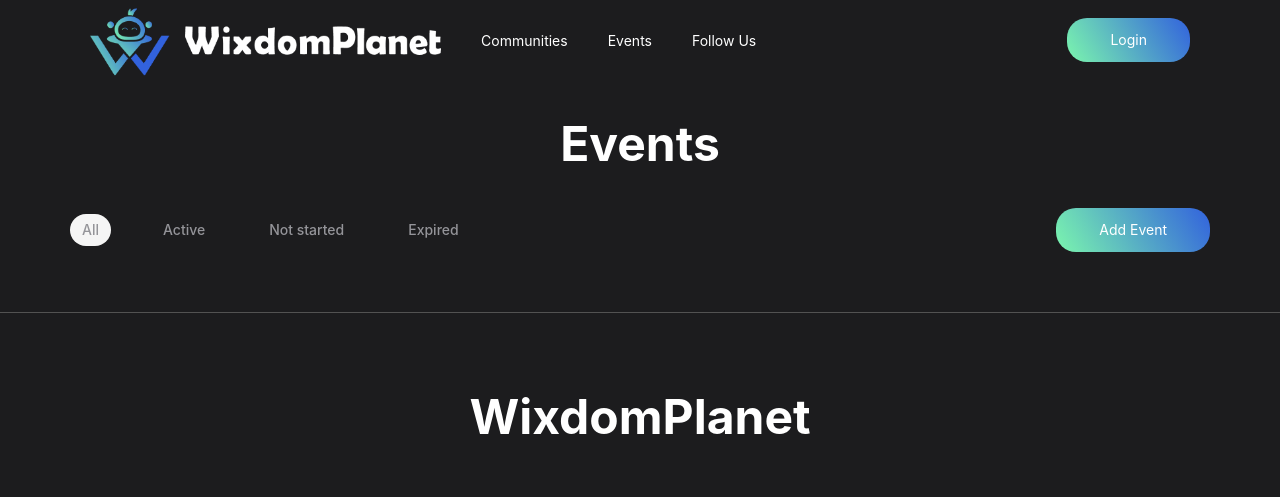
Repository: haudnn/WixdomPlanet-demo
Page: /
The author's editor kept a copy of each file at every save. The page is drawn from the files as they stood at one save, then again after the next save.
The browser window is 1280 px wide. The pictures show the whole page.
The project was rebuilt for these pictures with package versions that can differ from the ones it lists, and the page was loaded fresh each time. Also part of the build but not shown: vite.config.js, src/features/Event/page/AddEvent.jsx, src/features/Event/components/EventItem.jsx.

Above is the page before, as saved 2023-02-04 14:49:23.

### src/App.jsx
import "./App.css";
import { BrowserRouter } from "react-router-dom";
import Header from "./components/Layout/Header";
import RoutesConfig from "./config/RoutesConfig";
import Footer from "./components/Layout/Footer";
function App() {
  return (
    <div className="App bg-[#1c1c1e] min-h-screen">
      <BrowserRouter>
        <Header />
        <RoutesConfig/>
        <Footer/>
      </BrowserRouter>
    </div>
  );
}

export default App;

### src/index.css
@tailwind base;
@tailwind components;
@tailwind utilities;

:root {
  font-family: Inter, system-ui, Avenir, Helvetica, Arial, sans-serif;
}

### src/App.css
.active {
    background-color:#f5f5f5 ;
    border-radius: 100px;
    color: #525252;
}
.grid {
    width: 100% !important;
    display: block !important;
    padding: 0;
}

.grid.wide {
    max-width: 1200px;
    margin: 0 auto;
}

.row {
    display: flex;
    flex-wrap: wrap;
    margin-left: -4px;
    margin-right: -4px;
}

.row.no-gutters {
    margin-left: 0;
    margin-right: 0;
}

.col {
    padding-left: 4px;
    padding-right: 4px;
}

.row.no-gutters .col {
    padding-left: 0;
    padding-right: 0;
}

.c-0 {
    display: none;
}

.c-1 {
    flex: 0 0 8.33333%;
    max-width: 8.33333%;
}

.c-2 {
    flex: 0 0 16.66667%;
    max-width: 16.66667%;
}

.c-3 {
    flex: 0 0 25%;
    max-width: 25%;
}

.c-4 {
    flex: 0 0 33.33333%;
    max-width: 33.33333%;
}

.c-5 {
    flex: 0 0 41.66667%;
    max-width: 41.66667%;
}

.c-6 {
    flex: 0 0 50%;
    max-width: 50%;
}

.c-7 {
    flex: 0 0 58.33333%;
    max-width: 58.33333%;
}

.c-8 {
    flex: 0 0 66.66667%;
    max-width: 66.66667%;
}

.c-9 {
    flex: 0 0 75%;
    max-width: 75%;
}

.c-10 {
    flex: 0 0 83.33333%;
    max-width: 83.33333%;
}

.c-11 {
    flex: 0 0 91.66667%;
    max-width: 91.66667%;
}

.c-12 {
    flex: 0 0 100%;
    max-width: 100%;
}

.c-o-1 {
    margin-left: 8.33333%;
}

.c-o-2 {
    margin-left: 16.66667%;
}

.c-o-3 {
    margin-left: 25%;
}

.c-o-4 {
    margin-left: 33.33333%;
}

.c-o-5 {
    margin-left: 41.66667%;
}

.c-o-6 {
    margin-left: 50%;
}

.c-o-7 {
    margin-left: 58.33333%;
}

.c-o-8 {
    margin-left: 66.66667%;
}

.c-o-9 {
    margin-left: 75%;
}

.c-o-10 {
    margin-left: 83.33333%;
}

.c-o-11 {
    margin-left: 91.66667%;
}

/* >= Tablet */
@media (min-width: 740px) {
    .row {
        margin-left: -8px;
        margin-right: -8px;
    }

    .col {
        padding-left: 8px;
        padding-right: 8px;
    }

    .m-0 {
        display: none;
    }

    .m-1,
    .m-2,
    .m-3,
    .m-4,
    .m-5,
    .m-6,
    .m-7,
    .m-8,
    .m-9,
    .m-10,
    .m-11,
    .m-12 {
        display: block;
    }

    .m-1 {
        flex: 0 0 8.33333%;
        max-width: 8.33333%;
    }

    .m-2 {
        flex: 0 0 16.66667%;
        max-width: 16.66667%;
    }

    .m-3 {
        flex: 0 0 25%;
        max-width: 25%;
    }

    .m-4 {
        flex: 0 0 33.33333%;
        max-width: 33.33333%;
    }

    .m-5 {
        flex: 0 0 41.66667%;
        max-width: 41.66667%;
    }

    .m-6 {
        flex: 0 0 50%;
        max-width: 50%;
    }

    .m-7 {
        flex: 0 0 58.33333%;
        max-width: 58.33333%;
    }

    .m-8 {
        flex: 0 0 66.66667%;
        max-width: 66.66667%;
    }

    .m-9 {
        flex: 0 0 75%;
        max-width: 75%;
    }

    .m-10 {
        flex: 0 0 83.33333%;
        max-width: 83.33333%;
    }

    .m-11 {
        flex: 0 0 91.66667%;
        max-width: 91.66667%;
    }

    .m-12 {
        flex: 0 0 100%;
        max-width: 100%;
    }

    .m-o-1 {
        margin-left: 8.33333%;
    }

    .m-o-2 {
        margin-left: 16.66667%;
    }

    .m-o-3 {
        margin-left: 25%;
    }

    .m-o-4 {
        margin-left: 33.33333%;
    }

    .m-o-5 {
        margin-left: 41.66667%;
    }

    .m-o-6 {
        margin-left: 50%;
    }

    .m-o-7 {
        margin-left: 58.33333%;
    }

    .m-o-8 {
        margin-left: 66.66667%;
    }

    .m-o-9 {
        margin-left: 75%;
    }

    .m-o-10 {
        margin-left: 83.33333%;
    }

    .m-o-11 {
        margin-left: 91.66667%;
    }
}

/* PC medium resolution > */
@media (min-width: 1113px) {
    .row {
        margin-left: -12px;
        margin-right: -12px;
    }

    .row.sm-gutter {
        margin-left: -5px;
        margin-right: -5px;
    }

    .col {
        padding-left: 12px;
        padding-right: 12px;
    }

    .row.sm-gutter .col {
        padding-left: 5px;
        padding-right: 5px;
    }

    .l-0 {
        display: none;
    }

    .l-1,
    .l-2,
    .l-2-4,
    .l-3,
    .l-4,
    .l-5,
    .l-6,
    .l-7,
    .l-8,
    .l-9,
    .l-10,
    .l-11,
    .l-12 {
        display: block;
    }

    .l-1 {
        flex: 0 0 8.33333%;
        max-width: 8.33333%;
    }

    .l-2 {
        flex: 0 0 16.66667%;
        max-width: 16.66667%;
    }

    .l-2-4 {
        flex: 0 0 20%;
        max-width: 20%;
    }

    .l-3 {
        flex: 0 0 25%;
        max-width: 25%;
    }

    .l-4 {
        flex: 0 0 33.33333%;
        max-width: 33.33333%;
    }

    .l-5 {
        flex: 0 0 41.66667%;
        max-width: 41.66667%;
    }

    .l-6 {
        flex: 0 0 50%;
        max-width: 50%;
    }

    .l-7 {
        flex: 0 0 58.33333%;
        max-width: 58.33333%;
    }

    .l-8 {
        flex: 0 0 66.66667%;
        max-width: 66.66667%;
    }

    .l-9 {
        flex: 0 0 75%;
        max-width: 75%;
    }

    .l-10 {
        flex: 0 0 83.33333%;
        max-width: 83.33333%;
    }

    .l-11 {
        flex: 0 0 91.66667%;
        max-width: 91.66667%;
    }

    .l-12 {
        flex: 0 0 100%;
        max-width: 100%;
    }

    .l-o-1 {
        margin-left: 8.33333%;
    }

    .l-o-2 {
        margin-left: 16.66667%;
    }

    .l-o-3 {
        margin-left: 25%;
    }

    .l-o-4 {
        margin-left: 33.33333%;
    }

    .l-o-5 {
        margin-left: 41.66667%;
    }

    .l-o-6 {
        margin-left: 50%;
    }

    .l-o-7 {
        margin-left: 58.33333%;
    }

    .l-o-8 {
        margin-left: 66.66667%;
    }

    .l-o-9 {
        margin-left: 75%;
    }

    .l-o-10 {
        margin-left: 83.33333%;
    }

    .l-o-11 {
        margin-left: 91.66667%;
    }
}

/* Tablet - PC low resolution */
@media (min-width: 740px) and (max-width: 1023px) {
    .wide {
        width: 644px;
    }
}

/* > PC low resolution */
@media (min-width: 1024px) and (max-width: 1239px) {
    .wide {
        width: 984px;
    }

    .wide .row {
        margin-left: -12px;
        margin-right: -12px;
    }

    .wide .row.sm-gutter {
        margin-left: -5px;
        margin-right: -5px;
    }

    .wide .col {
        padding-left: 12px;
        padding-right: 12px;
    }

    .wide .row.sm-gutter .col {
        padding-left: 5px;
        padding-right: 5px;
    }

    .wide .l-0 {
        display: none;
    }

    .wide .l-1,
    .wide .l-2,
    .wide .l-2-4,
    .wide .l-3,
    .wide .l-4,
    .wide .l-5,
    .wide .l-6,
    .wide .l-7,
    .wide .l-8,
    .wide .l-9,
    .wide .l-10,
    .wide .l-11,
    .wide .l-12 {
        display: block;
    }

    .wide .l-1 {
        flex: 0 0 8.33333%;
        max-width: 8.33333%;
    }

    .wide .l-2 {
        flex: 0 0 16.66667%;
        max-width: 16.66667%;
    }

    .wide .l-2-4 {
        flex: 0 0 20%;
        max-width: 20%;
    }

    .wide .l-3 {
        flex: 0 0 25%;
        max-width: 25%;
    }

    .wide .l-4 {
        flex: 0 0 33.33333%;
        max-width: 33.33333%;
    }

    .wide .l-5 {
        flex: 0 0 41.66667%;
        max-width: 41.66667%;
    }

    .wide .l-6 {
        flex: 0 0 50%;
        max-width: 50%;
    }

    .wide .l-7 {
        flex: 0 0 58.33333%;
        max-width: 58.33333%;
    }

    .wide .l-8 {
        flex: 0 0 66.66667%;
        max-width: 66.66667%;
    }

    .wide .l-9 {
        flex: 0 0 75%;
        max-width: 75%;
    }

    .wide .l-10 {
        flex: 0 0 83.33333%;
        max-width: 83.33333%;
    }

    .wide .l-11 {
        flex: 0 0 91.66667%;
        max-width: 91.66667%;
    }

    .wide .l-12 {
        flex: 0 0 100%;
        max-width: 100%;
    }

    .wide .l-o-1 {
        margin-left: 8.33333%;
    }

    .wide .l-o-2 {
        margin-left: 16.66667%;
    }

    .wide .l-o-3 {
        margin-left: 25%;
    }

    .wide .l-o-4 {
        margin-left: 33.33333%;
    }

    .wide .l-o-5 {
        margin-left: 41.66667%;
    }

    .wide .l-o-6 {
        margin-left: 50%;
    }

    .wide .l-o-7 {
        margin-left: 58.33333%;
    }

    .wide .l-o-8 {
        margin-left: 66.66667%;
    }

    .wide .l-o-9 {
        margin-left: 75%;
    }

    .wide .l-o-10 {
        margin-left: 83.33333%;
    }

    .wide .l-o-11 {
        margin-left: 91.66667%;
    }
}

### src/components/Layout/Header.jsx
import React from 'react'
import { Link } from 'react-router-dom'
import logo from "../../assets/imgs/logo.png"
const Header = () => {
  return (
    <header className='h-[80px]'>
        <div className='max-w-[1140px] my-0 mx-auto h-full px-5'>
            <div className='flex items-center justify-between h-full'>
                <div className='flex items-center gap-x-10'>
                    <div className='h-[80px]'>
                        <Link to="/">
                            <img src={logo} alt="Logo" className='w-full h-full object-cover' />
                        </Link>
                    </div>
                    <ul className='flex items-center gap-x-10'>
                        <li>
                            <Link className='text-sm text-white' to="/communities">Communities</Link>
                        </li>
                        <li>
                            <Link className='text-sm text-white' to="/events">Events</Link>
                        </li>
                        <li>
                            <Link className='text-sm text-white' to="/follow">Follow Us</Link>
                        </li>
                    </ul>
                </div>
                <button style={{background: "linear-gradient(239deg,#3262dd,#7af4ae 98.78%)"}} className='text-sm text-white rounded-[20px] py-3 px-[43px]'>
                    <Link to="/login">Login</Link>
                </button>
            </div>
        </div>
    </header>
  )
}

export default Header

### src/config/RoutesConfig.jsx
import { Routes, Route } from 'react-router-dom';
import routes from '../constants/routes';
function RoutesConfig() {
  return (
    <Routes>
      {routes.map(({ path, component }) => (
        <Route key={path} path={path} element={component} />
      ))}
    </Routes>
  );
}
export default RoutesConfig;

### src/components/Layout/Footer.jsx
import React from 'react'

const Footer = () => {
  return (
    <footer className='border-t border-solid border-[#525252]'>
        <div className='max-w-[1140px] my-0 mx-auto px-5'>
            <div className="pt-[80px] pb-[48px] text-center text-white text-5xl font-bold">
               WixdomPlanet
            </div>
        </div>
    </footer>
  )
}

export default Footer

### src/constants/routes.jsx
import AddEvent from "../features/Event/page/AddEvent";
import Home from "../features/Home";

const routes = [
    {
      path: '/',
      component: <Home/>,
    },
    {
        path: '/add',
        component: <AddEvent/>,
      },
]
export default routes;

### src/features/Home.jsx
import React, { useEffect, useState } from "react";
import { Link } from "react-router-dom";
import { useLocalStorage } from "../hooks";
import Event from "./Event/page/Event";

const categorise = [
  {
    id: 0,
    name: "All",
  },
  {
    id: 1,
    name: "Active",
  },
  {
    id: 2,
    name: "Not started",
  },
  {
    id: 3,
    name: "Expired",
  },
];
const Home = () => {
  const events = useLocalStorage();
  const [selectedCategoryId, setSelectedCategoryId] = useState(0);
  const [filteredEvents, setFilteredEvents] = useState([]);
  useEffect(() => {
    setFilteredEvents(events);
  }, [events]);
  const handleFilterEvents = (categoryId) => {
    if (categoryId === 0) {
      setFilteredEvents(events);
    } else {
      const filterEvents = events.filter((event) => {
        return categorise[categoryId].name === event.statusEvent;
      });
      setFilteredEvents(filterEvents);
    }
    setSelectedCategoryId(categoryId);
  };
  return (
    <section className="home py-10 max-w-[1140px] my-0 mx-auto">
      <div className="text-center">
        <span className="text-white font-bold text-5xl">Events</span>
      </div>
      <div className="mt-10 flex items-center justify-between">
        <ul className="flex items-center gap-x-10">
          {categorise.map((category) => (
            <li
              onClick={() => handleFilterEvents(category.id)}
              key={category.id}
              name={category.name}
              className={`${
                selectedCategoryId === category.id ? "active" : ""
              } font-medium text-[#949499] px-3 py-[6px] cursor-pointer text-sm`}
            >
              {category.name}
            </li>
          ))}
        </ul>
        <div>
          <Link
            to="/add"
            style={{
              background: "linear-gradient(239deg,#3262dd,#7af4ae 98.78%)",
            }}
            className=" block text-sm text-white rounded-[20px] py-3 px-[43px]"
          >
            Add Event
          </Link>
        </div>
      </div>

      <div className="mt-5">
        <Event events={filteredEvents} />
      </div>
    </section>
  );
};

export default Home;

### src/hooks/index.js
import useLocalStorage from "./useLocalStorage";
import useCheckStatusEvent from "./useCheckStatusEvent";
export {
    useLocalStorage,
    useCheckStatusEvent
}

### src/features/Event/page/Event.jsx
import { Link } from "react-router-dom";
import EventItem from "../components/EventItem";
import React, { useEffect, useState } from "react";
const Event = ({events}) => {
  return (
    <div className="event">
      <div className="grid">
        <div className="row">
          {
            events.map((event, i) => (
              <EventItem
                key={i}
                name={event.name}
                reward={event.reward}
                file={event.file}
                introduction={event.introduction}
                during={event.during}
              ></EventItem>
            ))
          }
        </div>
      </div>
    </div>
  );
};

export default Event;

### src/hooks/useLocalStorage.js
import { useEffect, useState } from "react";

const useLocalStorage = () => {
    const [events, setEvents] = useState([]);
    // check if localStorage if haved  "events" in localStorage getelse set
    useEffect(() => {
        const isEnvents = JSON.parse(localStorage.getItem('events'));
        if (!isEnvents) {
            localStorage.setItem("events", JSON.stringify([]))
        }
        else{
            setEvents(isEnvents)
        }
      }, []);
    return events
}
export default useLocalStorage;

### src/hooks/useCheckStatusEvent.js
import { useMemo} from "react"

const useCheckStatusEvent = (startTime, endTime) => {
    const statusEvent = useMemo(() => {
        const currentTime = new Date().getTime();
        const startTimeConvert = new Date(startTime).getTime();
        const endTimeConvert = new Date(endTime).getTime();
        if (currentTime > endTimeConvert) return "Expired"
        if (currentTime >= startTimeConvert) {
            return "Active"
        }
        else {
            return "Not started"
        }
    }, [startTime, endTime])
    return statusEvent;
}
export default useCheckStatusEvent

Loaded but not shown: index.html (common file); src/main.jsx (common file); tailwind.config.cjs (common file)

After the next save:
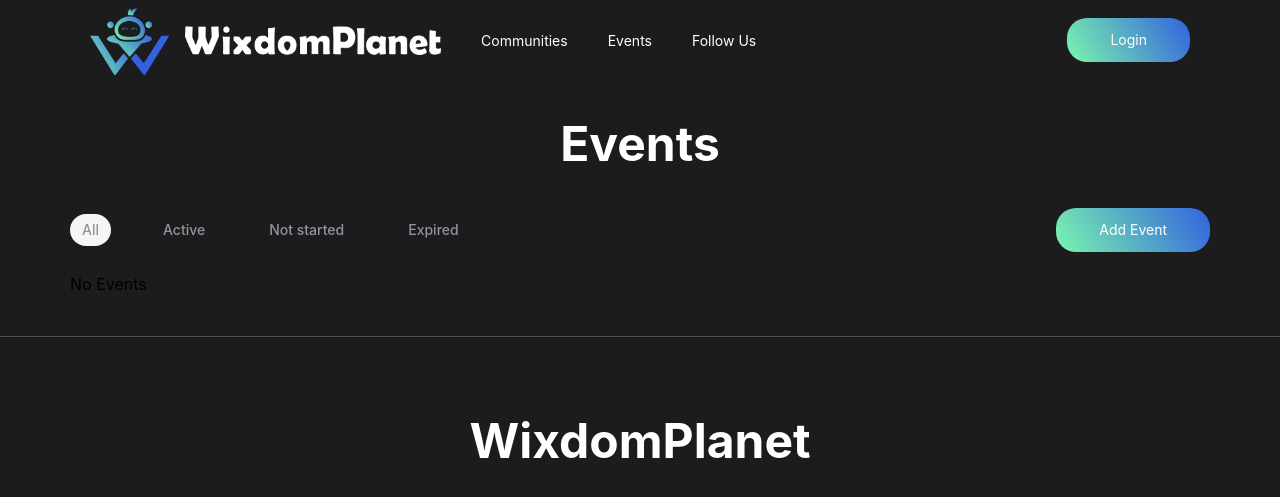
Saved 86 s later.
--- a/src/features/Home.jsx
+++ b/src/features/Home.jsx
@@ -71,9 +71,15 @@ const Home = () => {
           </Link>
         </div>
       </div>
+      <div className="mt-5">
+        {
+          filteredEvents.length > 0 ? (<Event events={filteredEvents} />) : (
+            <div>
+              <span>No Events</span>
+            </div>
+          )
+        }
 
-      <div className="mt-5">
-        <Event events={filteredEvents} />
       </div>
     </section>
   );
